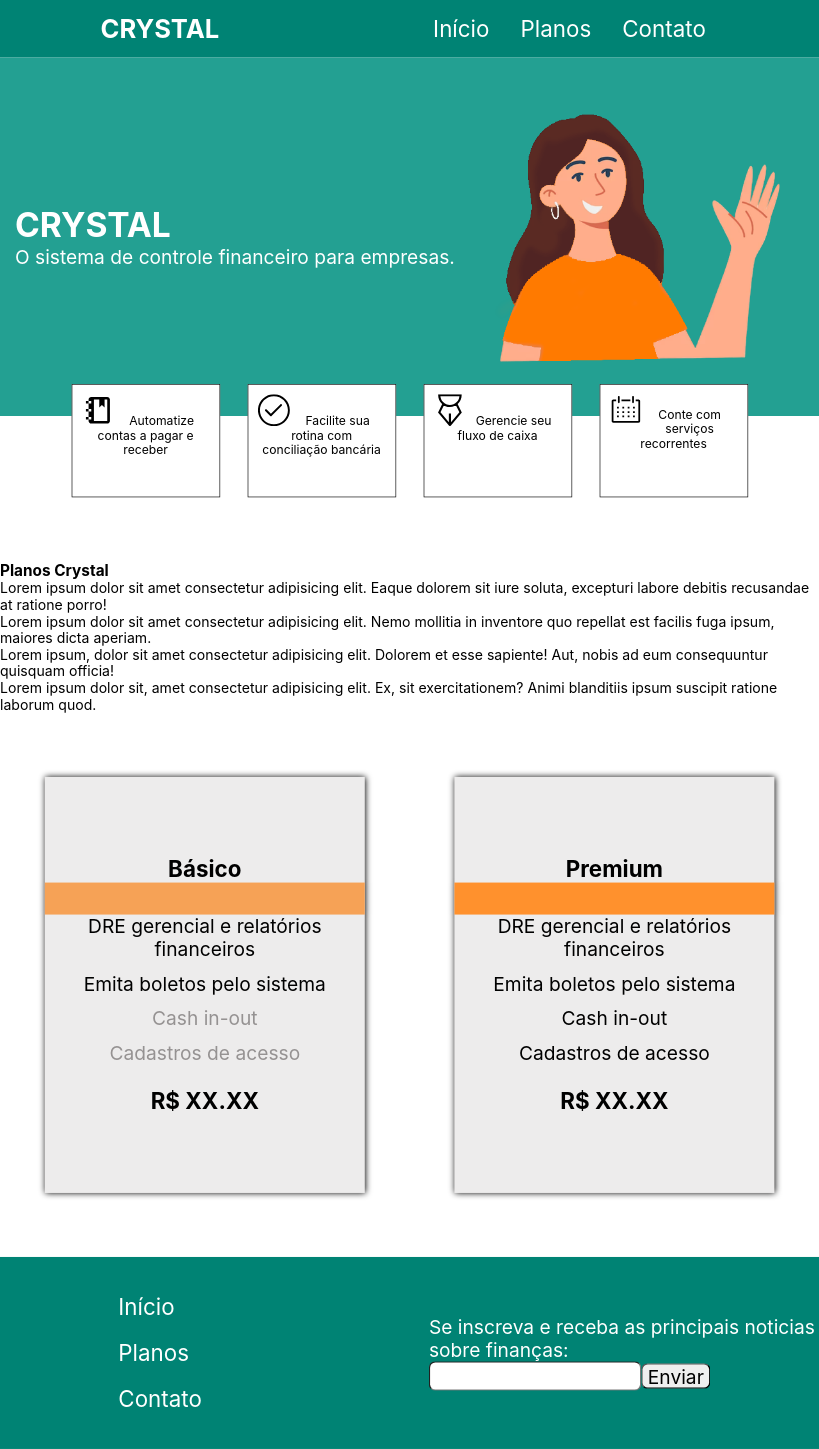
Repository: Matheus904-12/Crystallize
Page: index.html
These files come from the project's save history. The page is drawn as it stood at one moment and after the next save; the edit follows.
The browser window is 1280 px wide. The pictures show the whole page, at 64% of full size.
Some web fonts or font styles are not loaded; a fallback is used.

Above is the page before, as saved 2023-07-24 20:18:59.

After the next save:
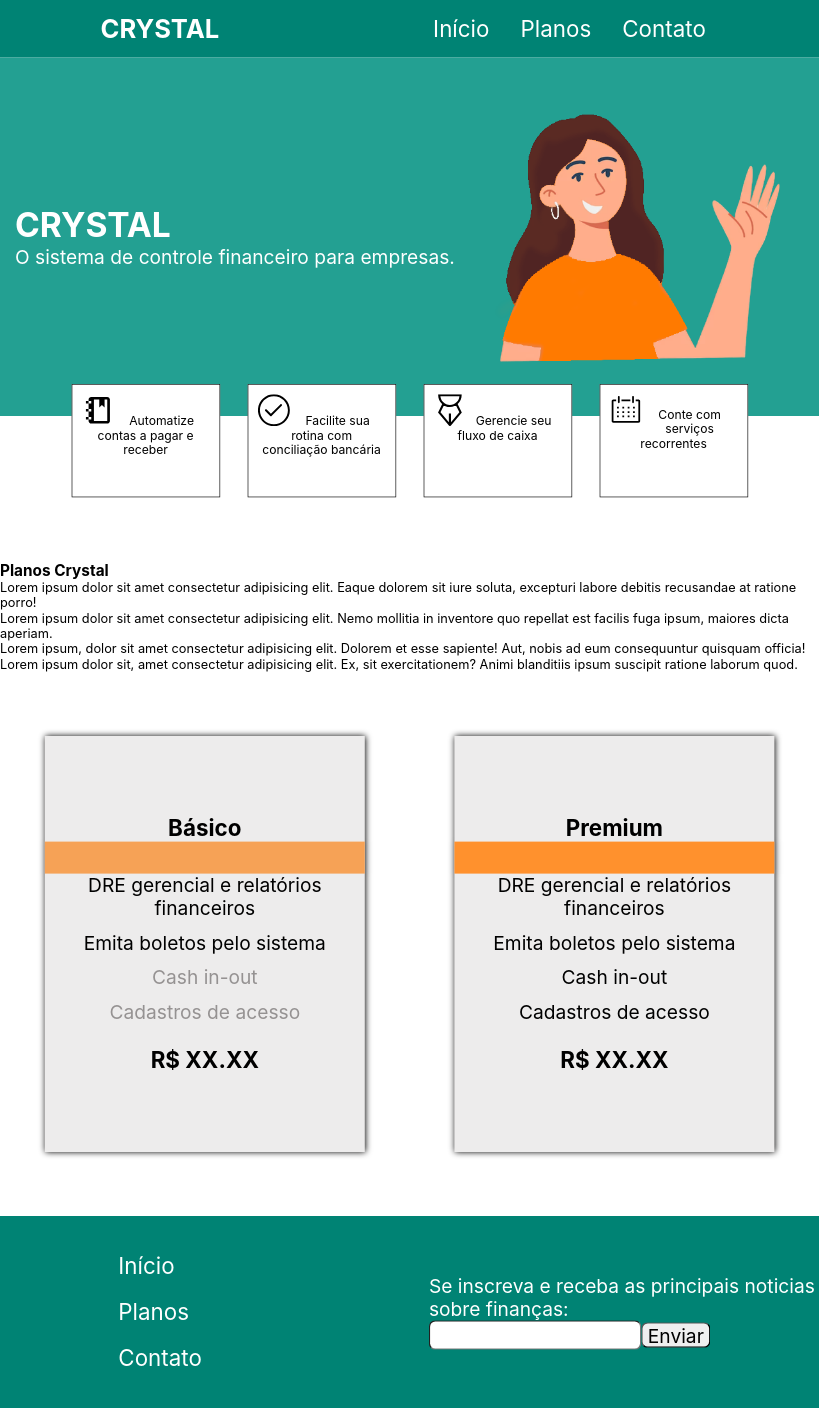
Saved 20 s later.
--- a/style.css
+++ b/style.css
@@ -113,7 +113,7 @@ html {
 
   .planoTexto {
     padding: 0px -49px 0px 50px;
-    font-size: 22px;
+    font-size: 20px;
     width: 100%;
     text-align: left;
     word-wrap: wrap;
